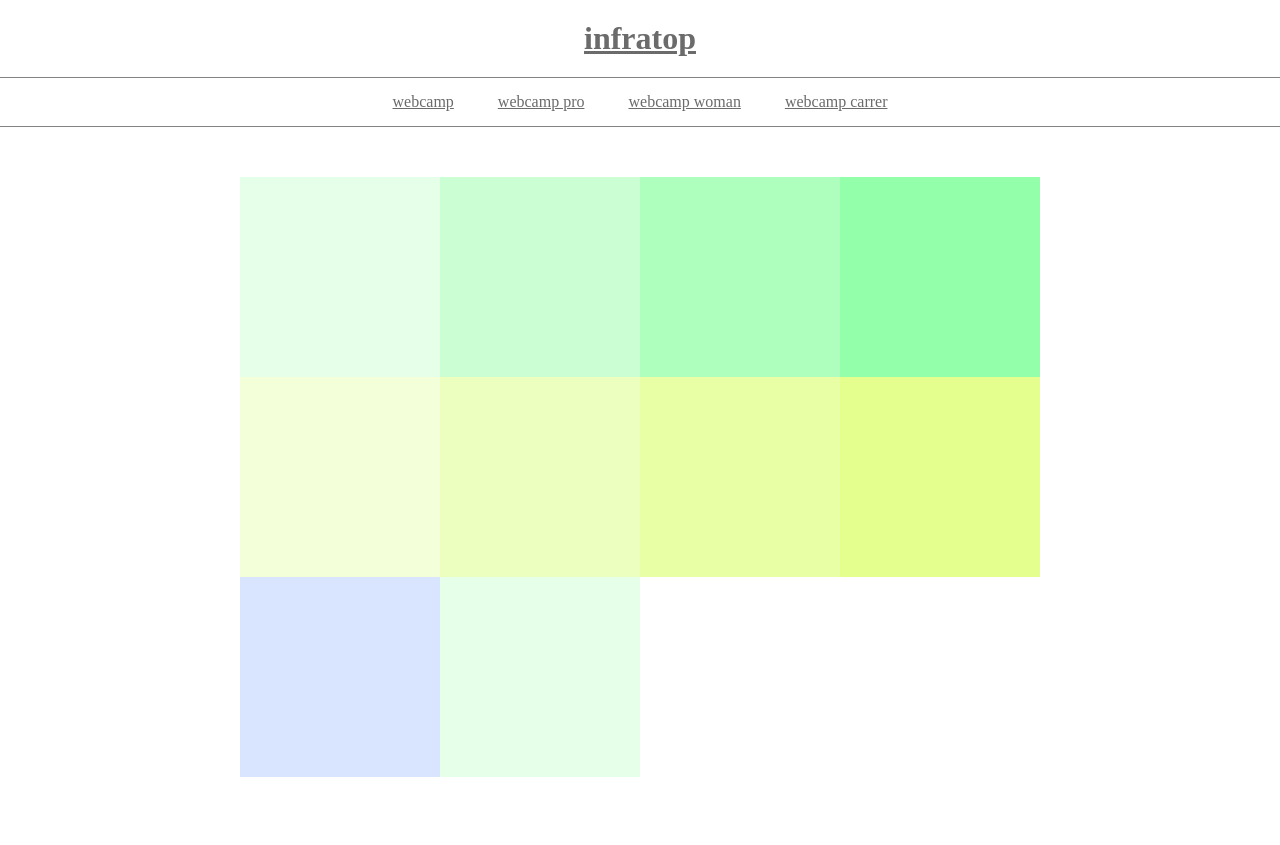
Repository: Raychel-310/chapter10
Page: chapter5_exercise/chapter5_exercise.html
The author's editor kept a record of every edit. The page is drawn from the files as they stood at one moment, then again after the next edit.
The browser window is 1280 px wide. The pictures show the whole page.

Above is the page before.

### chapter5_exercise/chapter5_exercise.html
<!DOCTYPE html>
<html lang="ja">
  <head>
    <meta charset="UTF-8" />
    <!-- CSSファイルの読み込み -->
    <link rel="stylesheet" href="chapter5_exercise.css" />
    <title>infratop</title>
  </head>

  <body>
    <!-- header -->
    <header>
      <h1 class="heading">
        <a href="chapter5_exercise.html">
          infratop
        </a>
      </h1>
    </header>

    <nav>
      <ul class="nav-list">
       <li class="nav-list-item">
          <a href="chapter5_exercise.html">webcamp</a>
        </li>
        <li class="nav-list-item">
          <a href="chapter5_exercise.html">webcamp pro</a>
        </li>
        <li class="nav-list-item">
          <a href="chapter5_exercise.html">webcamp woman</a>
        </li>
        <li class="nav-list-item">
          <a href="chapter5_exercise.html">webcamp carrer</a>
        </li>
      </ul>
    </nav>

    <div class="main">
      <div class="box1"></div>
      <div class="box2"></div>
      <div class="box3"></div>
      <div class="box4"></div>
      <div class="box5"></div>
      <div class="box6"></div>
      <div class="box7"></div>
      <div class="box8"></div>
      <div class="box9"></div>
      <div class="box10"></div>
      <div class="box11"></div>
      <div class="box12"></div>
    </div>
        <!-- navigation -->
    <!-- footer -->
    <footer>
      <p class="footer-text">© All rights reserved by Infratop.Inc.</p>
    </footer>
  </body>
</html>

### chapter5_exercise/chapter5_exercise.css
/* ブラウザがそれぞれ持っているCSSをリセットするための記述 */
* {
  margin: 0;
  padding: 0;
  box-sizing: border-box;
  color: #6c6b6b;
}

header {
  width: 100%; /* 横幅90% */
  padding: 20px 0;
  text-align: center;
}

.nav-list {
  text-align: center;
  padding: 15px 0;
  margin: 0 auto;
  border-bottom: 1px solid #848282;
  border-top: 1px solid #848282;
}

.nav-list-item {
  list-style: none;
  display: inline-block;
  margin: 0 20px;
}

.main {
  width: 800px;
  margin: 50px auto;
  display: flex;
  flex-wrap: wrap;
}

.box1 {
  width: 200px;
  height: 200px;
  background-color: #e6ffe9;
}

.box2 {
  width: 200px;
  height: 200px;
  background-color: #cbffd3;
}

.box3 {
  width: 200px;
  height: 200px;
  background-color: #aeffbd;
}

.box4 {
  width: 200px;
  height: 200px;
  background-color: #93ffab;
}

.box5 {
  width: 200px;
  height: 200px;
  background-color: #f3ffd8;
}

.box6 {
  width: 200px;
  height: 200px;
  background-color: #edffbe;
}

.box7 {
  width: 200px;
  height: 200px;
  background-color: #e9ffa5;
}

.box8 {
  width: 200px;
  height: 200px;
  background-color: #e4ff8d;
}

.box9 {
  width: 200px;
  height: 200px;
  background-color: #d9e5ff;
}

.box10 {
  width: 200px;
  height: 200px;
  background-color: #e6ffe9;
}
.footer-text {
  color: #fff;
}

After the next edit:
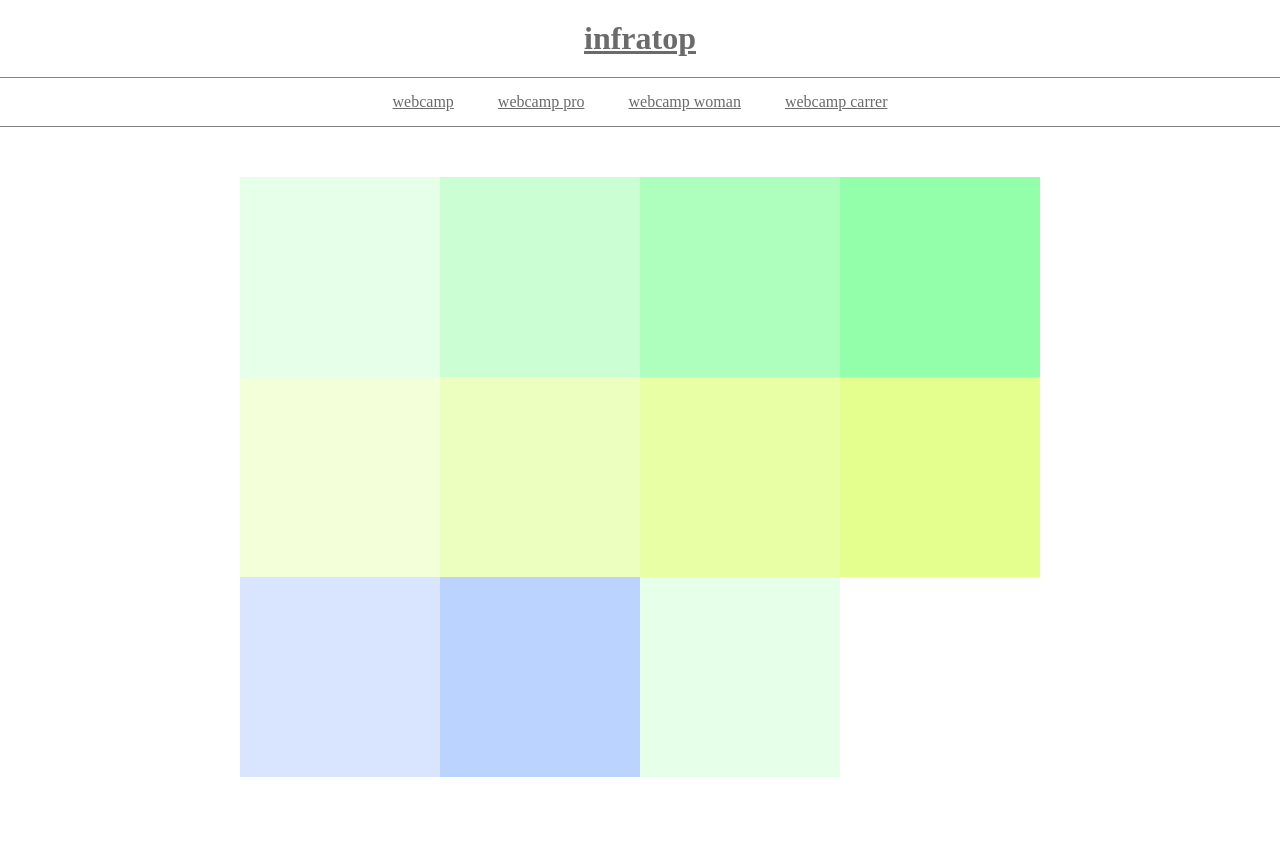
The edit:
--- a/chapter5_exercise/chapter5_exercise.css
+++ b/chapter5_exercise/chapter5_exercise.css
@@ -90,6 +90,12 @@
 .box10 {
   width: 200px;
   height: 200px;
+  background-color: #bad3ff;
+}
+
+.box11 {
+  width: 200px;
+  height: 200px;
   background-color: #e6ffe9;
 }
 .footer-text {
